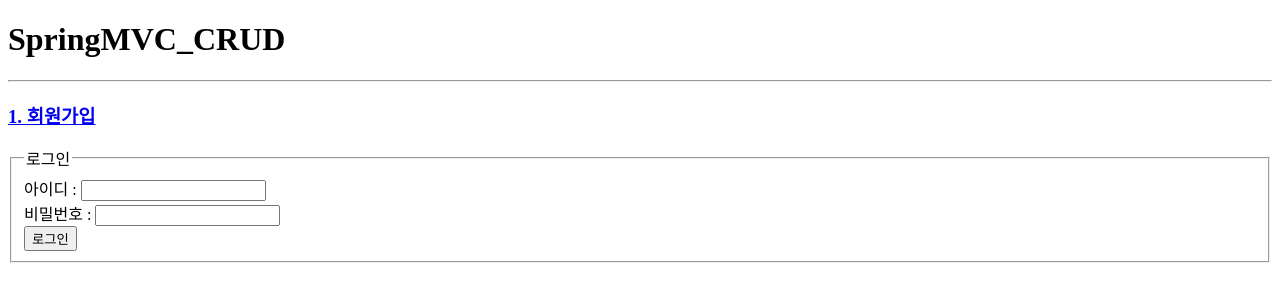
Repository: loseminho/khAcademy-Study
Page: http://localhost/02_SpringMVC_CRUD/
These files come from the project's save history. The page is drawn as it stood at one moment and after the next save; the edit follows.
The browser window is 1280 px wide. The pictures show the whole page.
The page is served by Tomcat 9.

Above is the page before, as saved 2022-09-30 04:59:11.

After the next save:
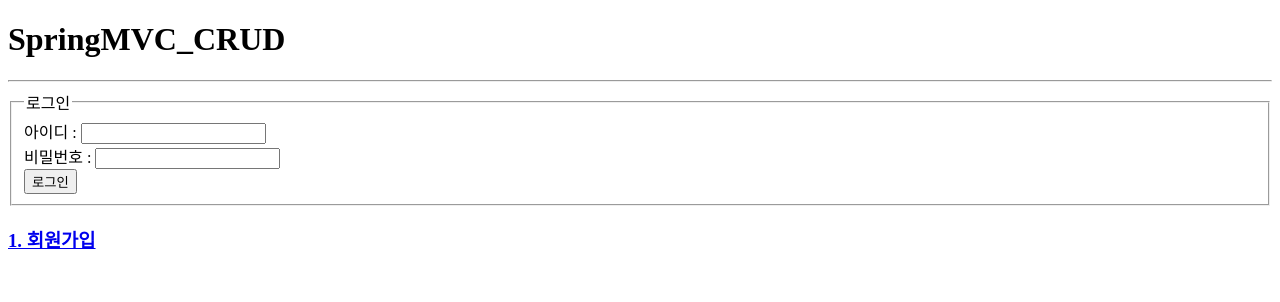
Saved 68 s later.
--- a/spring/workspace-sts-3.9.13.RELEASE/02_SpringMVC_CRUD/src/main/webapp/index.jsp
+++ b/spring/workspace-sts-3.9.13.RELEASE/02_SpringMVC_CRUD/src/main/webapp/index.jsp
@@ -10,7 +10,8 @@
 <body>
 	<h1>SpringMVC_CRUD</h1>
 	<hr>
-	<h3><a href="/joinFrm.do">1. 회원가입</a></h3>
+	<c:choose>
+		<c:when test="${empty sessionScope.m }">
 	<form action="login.do" method="post">
 		<fieldset>
 			<legend>로그인</legend>
@@ -19,6 +20,9 @@
 			<input type="submit" value="로그인">
 		</fieldset>
 	</form>
+		</c:when>
+	</c:choose>
+	<h3><a href="/joinFrm.do">1. 회원가입</a></h3>
 
 </body>
 </html>
